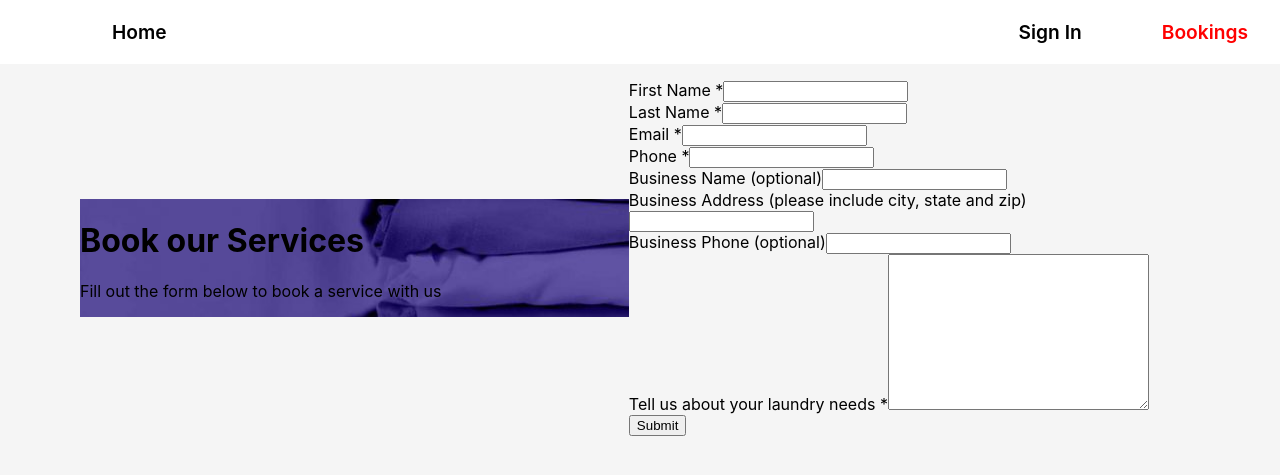
Repository: MikkyPrestige/fake-user-authentication
Page: /booking
An editor plug-in stored every save of this project. The page is shown before and after the next save, followed by the edit.
The browser window is 1280 px wide. The pictures show the whole page.
The project was rebuilt for these pictures with package versions that can differ from the ones it lists, and the page was loaded fresh each time. Also part of the build but not shown: src/assets/styles/home.css, src/components/home.jsx.

Above is the page before, as saved 2022-11-20 03:00:13.

### src/index.css
body {
  margin: 0;
  font-family: -apple-system, BlinkMacSystemFont, 'Segoe UI', 'Roboto', 'Oxygen',
    'Ubuntu', 'Cantarell', 'Fira Sans', 'Droid Sans', 'Helvetica Neue',
    sans-serif;
  -webkit-font-smoothing: antialiased;
  -moz-osx-font-smoothing: grayscale;
  /* background-image: url(./assets/img/pattern_blue-1.jpg);
  background-repeat: no-repeat;
  background-size: cover;
  background-position: center;
  background-attachment: fixed; */
}

code {
  font-family: source-code-pro, Menlo, Monaco, Consolas, 'Courier New',
    monospace;
}

### src/App.jsx
import React from "react";
import { Route, Routes } from "react-router-dom";
import { Home, Navigation, Booking } from "./components";

function App() {
  return (
    <div className="App">
      <Navigation />
      <Routes>
      <Route path="/" element={< Home />} />
      <Route path="/booking" element={< Booking />} />
      </Routes>
    </div>
  );

}

export default App;

### src/components/index.js
export { default as Home } from './home';
export { default as Navigation } from './navigation';
export { default as Booking } from './booking';

### src/components/navigation.jsx
// NAVIGATION COMPONENT

import React from "react";
import { NavLink } from "react-router-dom";
import "../assets/styles/navigation.css";

const Navigation = () => {
  return (
    <div className="navigation">
      <nav className="navigation__links">
        <div className="navigation--link">
          <NavLink
            style={({ isActive }) =>
              isActive ? { color: "red" } : { color: "black" }
            }
            to="/"
            className="navigation__link--item"
          >
            Home
          </NavLink>
        </div>
        <div className="navigation__link--wrapper">
          <NavLink
            style={({ isActive }) =>
              isActive ? { color: "red" } : { color: "black" }
            }
            to="/signIn"
            className="navigation__link--item"
          >
            Sign In
          </NavLink>
          <NavLink
            style={({ isActive }) =>
              isActive ? { color: "red" } : { color: "black" }
            }
            to="/booking"
            className="navigation__link--item"
          >
            Bookings
          </NavLink>
        </div>
      </nav>
    </div>
  );
};

export default Navigation;

### src/components/booking.jsx
// REGISTER COMPONENT: This component is for the form to register with the company in the app

import React from "react";
import { useState } from "react";
import "../assets/styles/booking.css";

const Booking = () => {
  // Create a state for the form
  const [form, setForm] = useState({
    firstName: "",
    lastName: "",
    email: "",
    businessName: "",
    businessAddress: "",
    businessPhone: "",
    order: "",
  });

  // Create a state for the error
  const [error, setError] = useState({});
  // Create a state for the success
  const [success, setSuccess] = useState(false);

  // Create a function to handle the change
  const handleChange = (e) => {
    const { name, value } = e.target;
    setForm({ ...form, [name]: value }); // A spread operator is used to copy the form object and then add the name and value to the form object and then set the form object to the new form object with the name and value added to it
  };

  // Create a function to handle the submit
  const handleSubmit = (e) => {
    e.preventDefault();
    console.log(form);
    // Validate the form
    const validate = () => {
      let error = {};
      if (!form.firstName) {
        error.firstName = "First name is required";
      }
      if (!form.lastName) {
        error.lastName = "Last name is required";
      }
      if (!form.email) {
        error.email = "Email is required";
      }
      if (!form.phone) {
        error.phone = "Phone Number is required";
      }
      if (!form.order) {
        error.order = "Order is required";
      }
      return error;
    };
    // Set the error
    setError(validate());
    // Check if there is no error
    if (Object.keys(validate()).length === 0) {
      setSuccess(true);
    }
  };

  return (
    <div className="booking">
      <div className="booking__wrapper">
        <div className="booking__content">
          <h1 className="booking__title">Book our Services</h1>
          <p className="booking__description">
            Fill out the form below to book a service with us
          </p>
        </div>
        <form className="booking__form" onSubmit={handleSubmit}>
          <div className="booking__form--group">
            <label htmlFor="firstName" className="booking__form--label">
              First Name *
            </label>
            <input
              type="text"
              name="firstName"
              id="firstName"
              className="booking__form--input"
              onChange={handleChange}
              required
            />
            {error.firstName && (
              <p className="booking__form--error">{error.firstName}</p>
            )}
          </div>
          <div className="booking__form--group">
            <label htmlFor="lastName" className="booking_form--label">
              Last Name *
            </label>
            <input
              type="text"
              name="lastName"
              id="lastName"
              className="booking__form--input"
              onChange={handleChange}
              required
            />
            {error.lastName && (
              <p className="booking__form--error">{error.lastName}</p>
            )}
          </div>
          <div className="booking__form--group">
            <label htmlFor="email" className="booking__form--label">
              Email *
            </label>
            <input
              type="email"
              name="email"
              id="email"
              className="booking__form--input"
              onChange={handleChange}
              required
            />
            {error.email && (
              <p className="booking__form--error">{error.email}</p>
            )}
          </div>
          <div className="booking__form--group">
            <label htmlFor="phone" className="booking__form--label">
              Phone *
            </label>
            <input
              type="tel"
              name="phone"
              id="phone"
              className="booking__form--input"
              onChange={handleChange}
              required
            />
            {error.phone && (
              <p className="booking__form--error">{error.phone}</p>
            )}
          </div>
          <div className="booking__form--group">
            <label htmlFor="businessName" className="booking__form--label">
              Business Name (optional)
            </label>
            <input
              type="text"
              name="businessName"
              id="businessName"
              className="booking__form--input"
              onChange={handleChange}
            />
          </div>
          <div className="booking__form--group">
            <label htmlFor="businessAddress" className="booking__form--label">
              Business Address (please include city, state and zip)
            </label>
            <input
              type="text"
              name="businessAddress"
              id="businessAddress"
              className="booking__form--input"
              onChange={handleChange}
            />
          </div>
          <div className="booking__form--group">
            <label htmlFor="businessPhone" className="booking__form--label">
              Business Phone (optional)
            </label>
            <input
              type="text"
              name="businessPhone"
              id="businessPhone"
              className="booking__form--input"
              onChange={handleChange}
            />
          </div>
          <div className="booking__form--group">
            <label htmlFor="order" className="booking__form--label">
              Tell us about your laundry needs *
            </label>
            <textarea
              name="order"
              id="order"
              cols="30"
              rows="10"
              className="booking__form--input"
              onChange={handleChange}
              required
            ></textarea>
            {error.order && (
              <p className="booking__form--error">{error.order}</p>
            )}
          </div>
          <button className="booking__form--button">Submit</button>
        </form>
        {success && (
          <p className="booking__form--success">
            Your order is received and been fast tracked.
            <span>Thank you for choosing us.</span>
          </p>
        )}
      </div>
    </div>
  );
};

export default Booking;

### src/assets/styles/navigation.css
.navigation {
    background-color: #fff;
    height: 4rem;
    position: fixed;
    top: 0;
    width: 100%;
    z-index: 100;
}

.navigation__links {
    display: flex;
    justify-content: space-between;
    align-items: center;
    height: 100%;
    padding: 0 2rem;
}

.navigation__link--item {
    font-size: 1.2rem;
    font-weight: 600;
    text-decoration: none;
}

.navigation--link {
  margin-left: 5rem;
}

.navigation__link--wrapper {
  display: flex;
  align-items: center;
  gap: 5rem;
}

### src/assets/styles/booking.css
.booking {
  background: #f5f5f5;
  padding: 5rem;
}

.booking__wrapper {
  display: flex;
  justify-content: space-between;
  align-items: center;
  height: 100%;
}

.booking__content {
  width: 50%;
  background-image: url(../img/folded-clothes.jpeg);
}

Loaded but not shown: public/index.html (common file); src/index.js (common file)

After the next save:
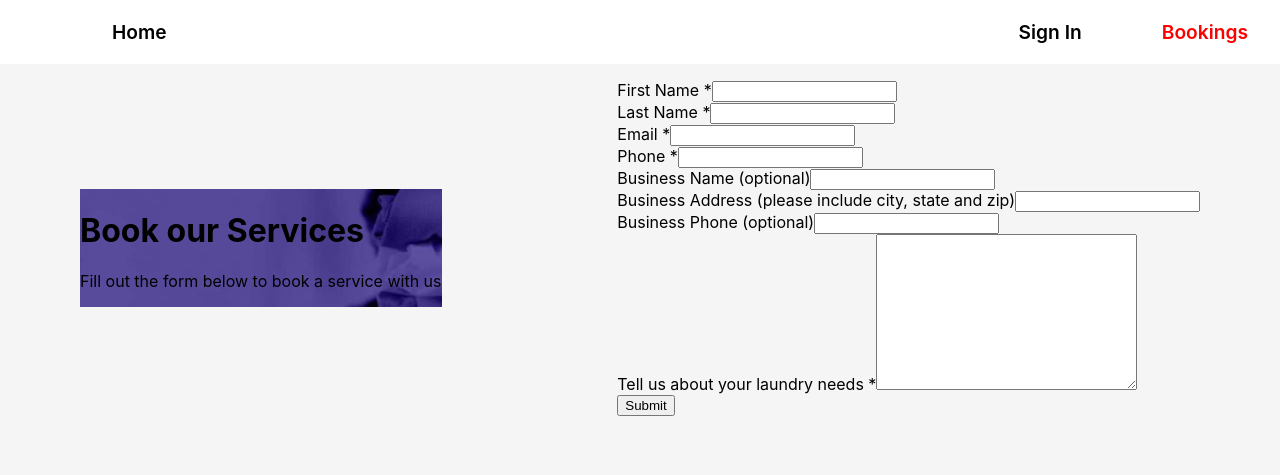
Saved 9 s later.
--- a/src/assets/styles/booking.css
+++ b/src/assets/styles/booking.css
@@ -11,6 +11,6 @@
 }
 
 .booking__content {
-  width: 50%;
+  /* width: 50%; */
   background-image: url(../img/folded-clothes.jpeg);
 }

After the save that followed:
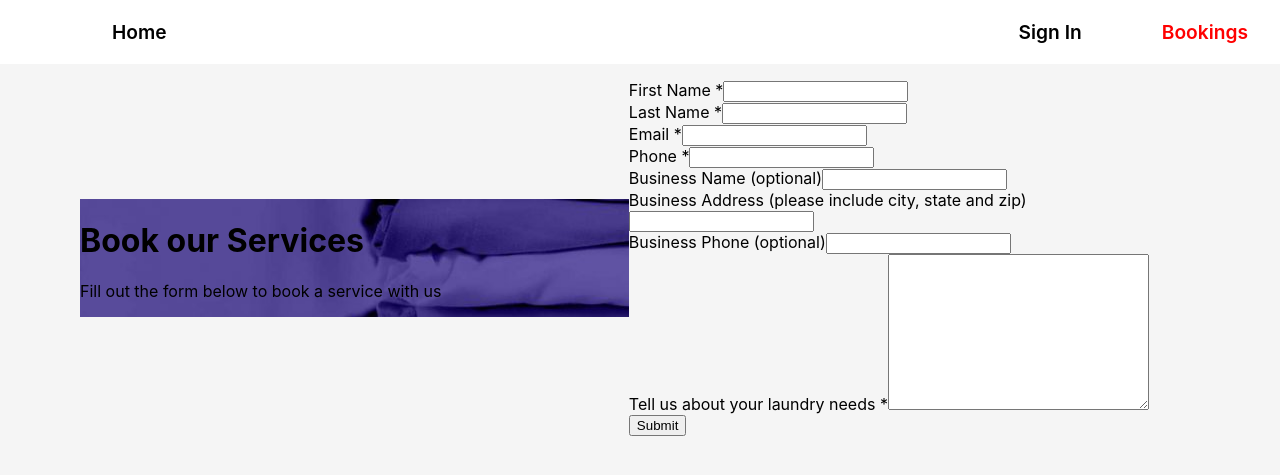
Saved 7 s later.
--- a/src/assets/styles/booking.css
+++ b/src/assets/styles/booking.css
@@ -11,6 +11,6 @@
 }
 
 .booking__content {
-  /* width: 50%; */
+  width: 50%;
   background-image: url(../img/folded-clothes.jpeg);
 }
